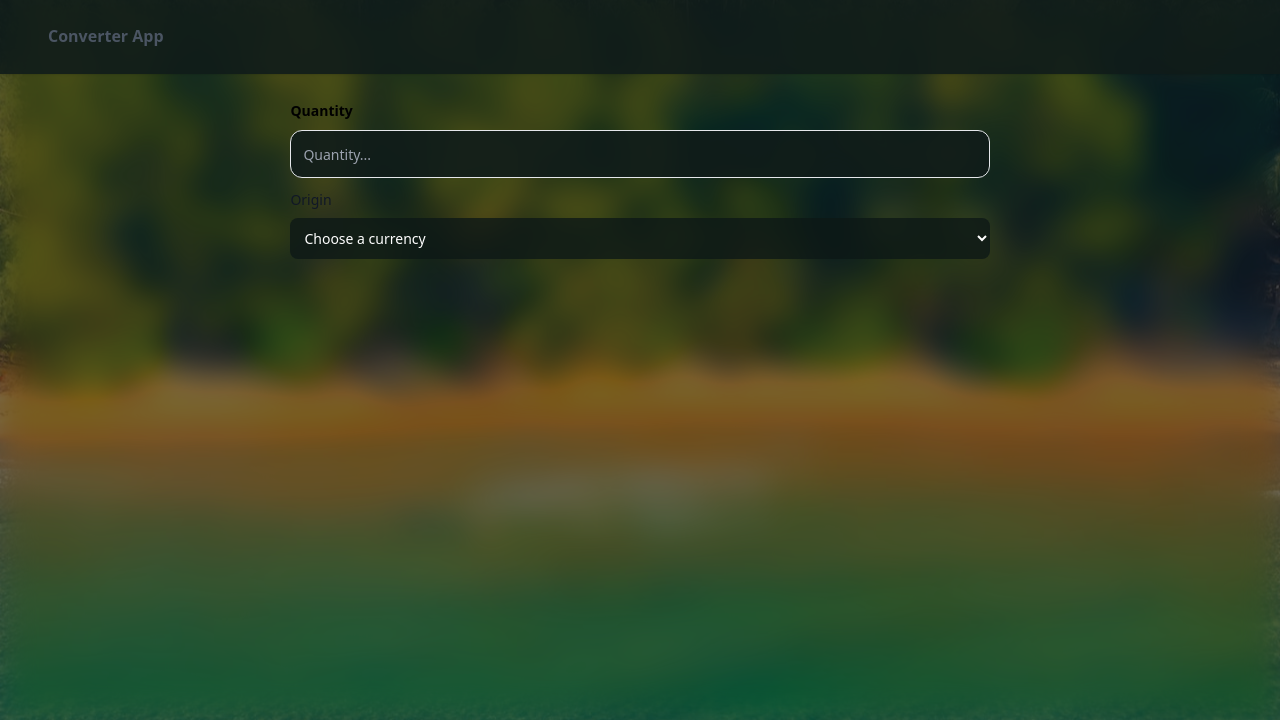
Repository: mikelCabezas/angular-exercices
Page: / (app in converter/)
These files come from the project's save history. The page is drawn as it stood at one moment and after the next save; the edit follows.
The browser window is 1280 px wide. The pictures show the whole page.
The project was rebuilt for these pictures with package versions that can differ from the ones it lists, and the page was loaded fresh each time. Also part of the build but not shown: converter/angular.json.

Above is the page before, as saved 2023-09-15 18:25:24.

After the next save:
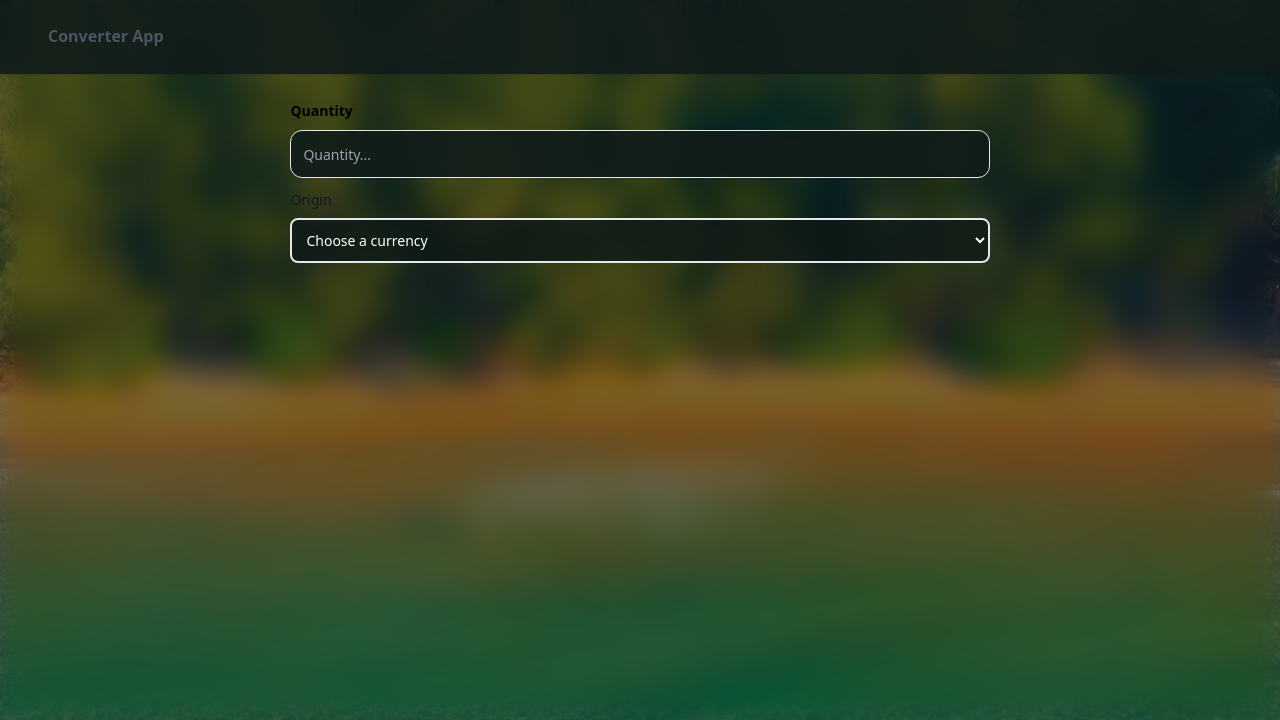
Saved 20 s later.
--- a/converter/src/app/components/converter/converter.component.html
+++ b/converter/src/app/components/converter/converter.component.html
@@ -8,7 +8,7 @@
         </div>
         <div class="col px-5">
             <label for="countries" class="block mb-2 text-sm font-medium text-gray-900 dark:text-gray-400">Origin</label>
-            <select id="countries" class=" text-sm rounded-lg focus:white focus:white block w-full p-2.5 bg-[rgba(13,24,23,0.8)] border-gray-200 border-1 placeholder-gray-400 text-white dark:focus:white dark:focus:white">
+            <select id="countries" class=" text-sm rounded-lg focus:white focus:white block w-full p-2.5 bg-[rgba(13,24,23,0.8)] border-gray-200 border-2 placeholder-gray-400 text-white dark:focus:white dark:focus:white">
                 <option selected>Choose a currency</option>
                 <option value="EUR">Euro</option>
                 <option value="USD">US Dollar</option>

After the save that followed:
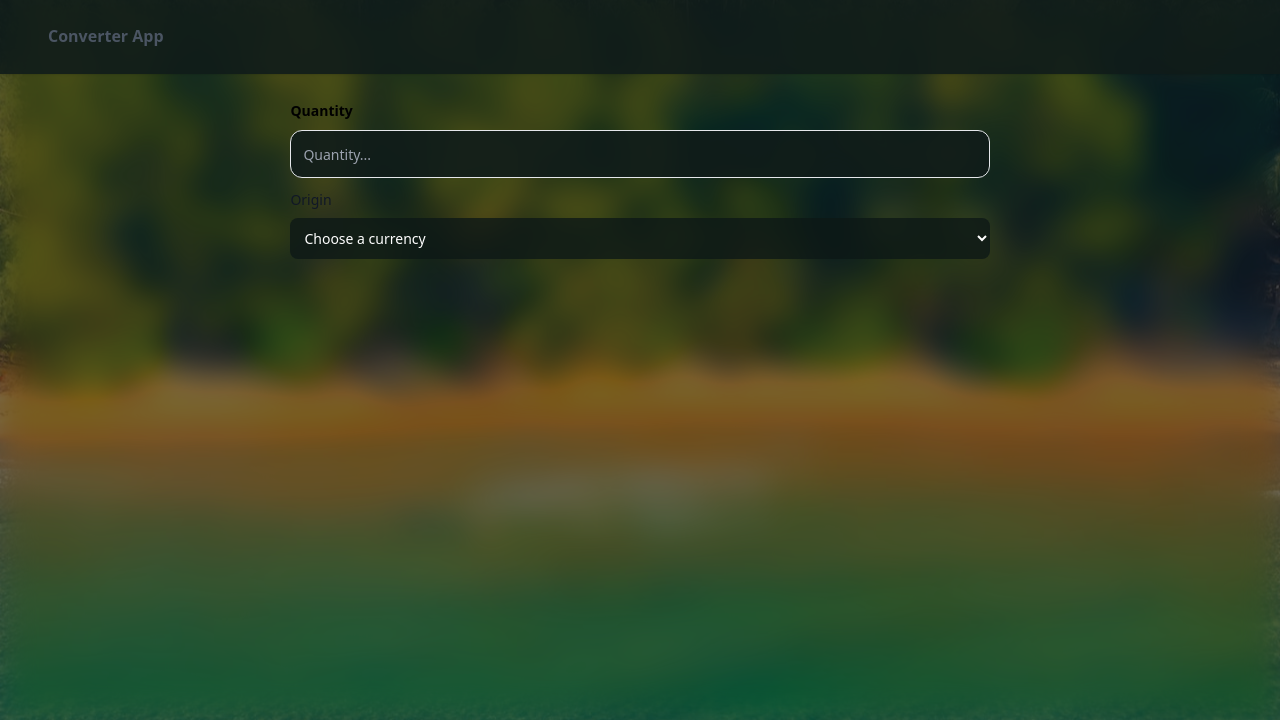
Saved 4 s later.
--- a/converter/src/app/components/converter/converter.component.html
+++ b/converter/src/app/components/converter/converter.component.html
@@ -8,7 +8,7 @@
         </div>
         <div class="col px-5">
             <label for="countries" class="block mb-2 text-sm font-medium text-gray-900 dark:text-gray-400">Origin</label>
-            <select id="countries" class=" text-sm rounded-lg focus:white focus:white block w-full p-2.5 bg-[rgba(13,24,23,0.8)] border-gray-200 border-2 placeholder-gray-400 text-white dark:focus:white dark:focus:white">
+            <select id="countries" class=" text-sm rounded-lg focus:white focus:white block w-full p-2.5 bg-[rgba(13,24,23,0.8)] border-gray-200 border-0 placeholder-gray-400 text-white dark:focus:white dark:focus:white">
                 <option selected>Choose a currency</option>
                 <option value="EUR">Euro</option>
                 <option value="USD">US Dollar</option>
